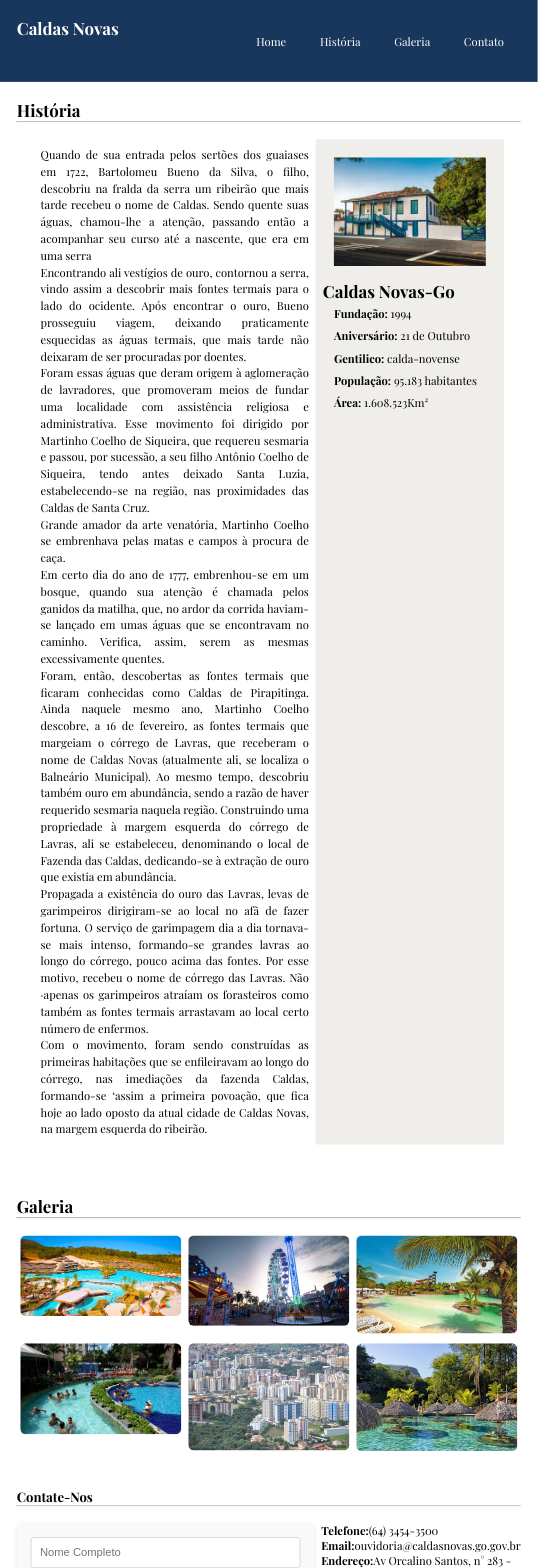
Repository: AbiezerSidonioJoseOdanacaJunior/DesafioLocalTuristico
Page: index.html
The author's editor kept a copy of each file at every save. The page is drawn from the files as they stood at one save, then again after the next save.
The browser window is 768 px wide. The pictures show the part of the page from y = 0 to 2240 px (the page is 2598 px tall before and 2718 px after), at 70% of full size.
Some web fonts or font styles are not loaded; a fallback is used.

Above is the page before, as saved 2024-11-11 18:03:47.

### index.html
<!DOCTYPE html>
<html lang="pt-br">
<head>
    <link rel="preconnect" href="https://fonts.googleapis.com">
    <link rel="preconnect" href="https://fonts.gstatic.com" crossorigin>
    <meta charset="UTF-8">
    <meta name="viewport" content="width=device-width, initial-scale=1.0">
    <title>Caldas Novas</title>
    <link rel="stylesheet" href="./css/style.css">
    <link href="https://fonts.googleapis.com/css2?family=Alice&family=Playfair+Display:ital,wght@0,400..900;1,400..900&display=swap" rel="stylesheet">
</head>
<body>
    <div id="page">
        <nav>
            <!-- <img src="./img/clds.png" alt="logo Caldas novas"> -->
             <h1>Caldas Novas</h1>
            <ul>
                <li><a href="#home">Home</a></li>
                <li><a href="#history">História</a></li>
                <li><a href="#gallery">Galeria</a></li>
                <li><a href="#contact">Contato</a></li>
            </ul>
        </nav>
        <main>
            <section id="history">
                <h1>História</h1>
                <hr>
               <div id="about">
                <div id="text-history">
                    <p>Quando de sua entrada pelos sertões dos guaiases em 1722, Bartolomeu Bueno da Silva, o filho, descobriu na fralda da serra um ribeirão que mais tarde recebeu o nome de Caldas. Sendo quente suas águas, chamou-lhe a atenção, passando então a acompanhar seu curso até a nascente, que era em uma serra</p>
                    <p>Encontrando ali vestígios de ouro, contornou a serra, vindo assim a descobrir mais fontes termais para o lado do ocidente. Após encontrar o ouro, Bueno prosseguiu viagem, deixando praticamente esquecidas as águas termais, que mais tarde não deixaram de ser procuradas por doentes.</p>
                    <p>Foram essas águas que deram origem à aglomeração de lavradores, que promoveram meios de fundar uma localidade com assistência religiosa e administrativa. Esse movimento foi dirigido por Martinho Coelho de Siqueira, que requereu sesmaria e passou, por sucessão, a seu filho Antônio Coelho de Siqueira, tendo antes deixado Santa Luzia, estabelecendo-se na região, nas proximidades das Caldas de Santa Cruz.</p>
                    <p>Grande amador da arte venatória, Martinho Coelho se embrenhava pelas matas e campos à procura de caça.</p>
                    <p>Em certo dia do ano de 1777, embrenhou-se em um bosque, quando sua atenção é chamada pelos ganidos da matilha, que, no ardor da corrida haviam-se lançado em umas águas que se encontravam no caminho. Verifica, assim, serem as mesmas excessivamente quentes.</p>
                    <p>Foram, então, descobertas as fontes termais que ficaram conhecidas como Caldas de Pirapitinga. Ainda naquele mesmo ano, Martinho Coelho descobre, a 16 de fevereiro, as fontes termais que margeiam o córrego de Lavras, que receberam o nome de Caldas Novas (atualmente ali, se localiza o Balneário Municipal). Ao mesmo tempo, descobriu também ouro em abundância, sendo a razão de haver requerido sesmaria naquela região. Construindo uma propriedade à margem esquerda do córrego de Lavras, ali se estabeleceu, denominando o local de Fazenda das Caldas, dedicando-se à extração de ouro que existia em abundância.</p>
                    <p>Propagada a existência do ouro das Lavras, levas de garimpeiros dirigiram-se ao local no afã de fazer fortuna. O serviço de garimpagem dia a dia tornava-se mais intenso, formando-se grandes lavras ao longo do córrego, pouco acima das fontes. Por esse motivo, recebeu o nome de córrego das Lavras. Não ·apenas os garimpeiros atraíam os forasteiros como também as fontes termais arrastavam ao local certo número de enfermos.</p>
                    <p>Com o movimento, foram sendo construídas as primeiras habitações que se enfileiravam ao longo do córrego, nas imediações da fazenda Caldas, formando-se ‘assim a primeira povoação, que fica hoje ao lado oposto da atual cidade de Caldas Novas, na margem esquerda do ribeirão.</p>
                </div>
                <div id="image-history">
                    <img src="./img/imghistory.jpg" alt="Imagem Caldas">
                    <h2>Caldas Novas-Go</h2>
                    <p><b>Fundação:</b> 1994 </p>
                    <p><b>Aniversário:</b> 21 de Outubro </p>
                    <p><b>Gentilico:</b> calda-novense </p>
                    <p><b>População:</b> 95.183 habitantes</p>
                    <p><b>Área:</b> 1.608.523Km²</p>
                </div>
               </div>
            </section>
            <section id="gallery">
                <h2>Galeria</h2>
                <hr>
            <div id="fotos">
                <div class="fotos-item">
                    <img src="./img/foto1.jpg" alt=" foto caldas">
                </div>
                <div class="fotos-item">
                    <img src="./img/foto2.jpg" alt=" foto caldas">
                </div>
                <div class="fotos-item">
                    <img src="./img/foto3.jpg" alt=" foto caldas">
                </div>
                <div class="fotos-item">
                    <img src="./img/foto4.jpg" alt=" foto caldas">
                </div>
                <div class="fotos-item">
                    <img src="./img/foto5.jpg" alt=" foto caldas">
                </div>
                <div class="fotos-item">
                    <img src="./img/foto6.jpg" alt=" foto caldas">
                </div>
            </div>
            </section>
            <section id="contact">
                <h3>Contate-Nos</h3>
                <hr>
                <div id="contatos">
                    <div id="formm">
                        <form action="">
                            <input type="text" placeholder="Nome Completo" >
                            <input type="text" placeholder="Telefone">
                            <input type="email" placeholder="Email">
                            <textarea name="textarea" id="" placeholder="Sua Mensagem"></textarea>
                            <button>Enviar</button>
                        </form>
                    </div>
                    <div id="information">
                        <p><b>Telefone:</b>(64) 3454-3500</p>
                        <p><b>Email:</b>ouvidoria@caldasnovas.go.gov.br</p>
                        <p><b>Endereço:</b>Av Orcalino Santos, n° 283 - CEP: 75690-000</p>
                    </div>
                </div>
            </section>
        </main>
    </div>

</body>
</html>

### css/style.css
* {
    padding: 0;
    margin: 0;
    box-sizing: border-box;
}
body{
    font-family: "Playfair Display", serif;
}

nav {
    display: flex;
    background-color: #19375c;
}

nav img {
    width: 116px;
    height: 92px;
}

nav h1{
    color:#fff;
    padding: 24px;
}

ul{
    display: flex;
    padding: 24px;
    margin-left: auto;
}

ul li {
    padding: 24px;
    list-style: none;
}

ul li a {
    text-decoration: none;
    color: #fff;
}

#history {
    width: 100%;
    height: 100%;
    padding: 24px;
    box-sizing: border-box;

}

#about {
    display: flex;
    width: 100%;
    max-width: 100vw;
    overflow-x: hidden;;
    padding: 24px;
}

#text-history {
    flex: 0 0 60%;
    padding: 10px;
    text-align: justify;
    line-height: 24px;
}

#image-history {
    flex: 0 0 40%; /* Ocupa 25% da largura */
    padding: 10px;
    background-color: #efeeeb;
}

#image-history img {
    max-width: 100%;
    height: auto;
    padding: 16px;
}
#image-history p{
    line-height: 32px;
    padding-left: 16px;
}

#gallery{
    width: 100%;
    height: 100%;
    padding: 24px;
    box-sizing: border-box;

}

#fotos {
    display: flex;
    flex-wrap: wrap;
    gap: 10px;
    max-width: 100%;
    justify-content: center;
    margin-top: 24px;
}

.fotos-item {
    flex: 0 0 calc(33.33% - 10px);
    box-sizing: border-box;
}

.fotos-item img{
    width: 100%;
    height: auto;
    border-radius: 8px;
}

#contact {
    width: 100%;
    height: 100%;
    padding: 24px;
    box-sizing: border-box;
}

#contatos {
    display: flex;
    gap: 10px;
    max-width: 100%;
    justify-content: center;
    margin-top: 24px;
}

/* Estilo para o formulário */
form {
    max-width: 600px; /* Define uma largura máxima para o formulário */
    margin: 0 auto; /* Centraliza o formulário na página */
    padding: 20px; /* Adiciona um pouco de espaço interno */
    background-color: #f9f9f9; /* Cor de fundo suave */
    border-radius: 8px; /* Bordas arredondadas */
    box-shadow: 0 2px 8px rgba(0, 0, 0, 0.1); /* Sombra suave ao redor */
    font-family: Arial, sans-serif; /* Define a fonte */
}

/* Estilo para cada campo de input */
form input, form textarea {
    width: 100%; /* Faz com que o campo ocupe toda a largura */
    padding: 12px; /* Espaçamento interno nos campos */
    margin-bottom: 15px; /* Espaçamento entre os campos */
    border: 1px solid #ccc; /* Borda fina */
    border-radius: 4px; /* Bordas arredondadas */
    font-size: 16px; /* Tamanho da fonte */
}

/* Estilo para o textarea */
form textarea {
    resize: vertical; /* Permite redimensionar o campo verticalmente */
    height: 120px; /* Altura do campo de mensagem */
}

/* Estilo para o botão */
form button {
    width: 100%; /* O botão ocupa toda a largura */
    padding: 12px; /* Espaçamento interno */
    background-color: #4CAF50; /* Cor de fundo verde */
    color: white; /* Cor do texto */
    border: none; /* Remove a borda padrão */
    border-radius: 4px; /* Bordas arredondadas */
    font-size: 16px; /* Tamanho da fonte */
    cursor: pointer; /* Altera o cursor para pointer */
    transition: background-color 0.3s ease; /* Transição suave para a cor de fundo */
}

/* Efeito hover no botão */
form button:hover {
    background-color: #45a049; /* Cor de fundo mais escura ao passar o mouse */
}

After the next save:
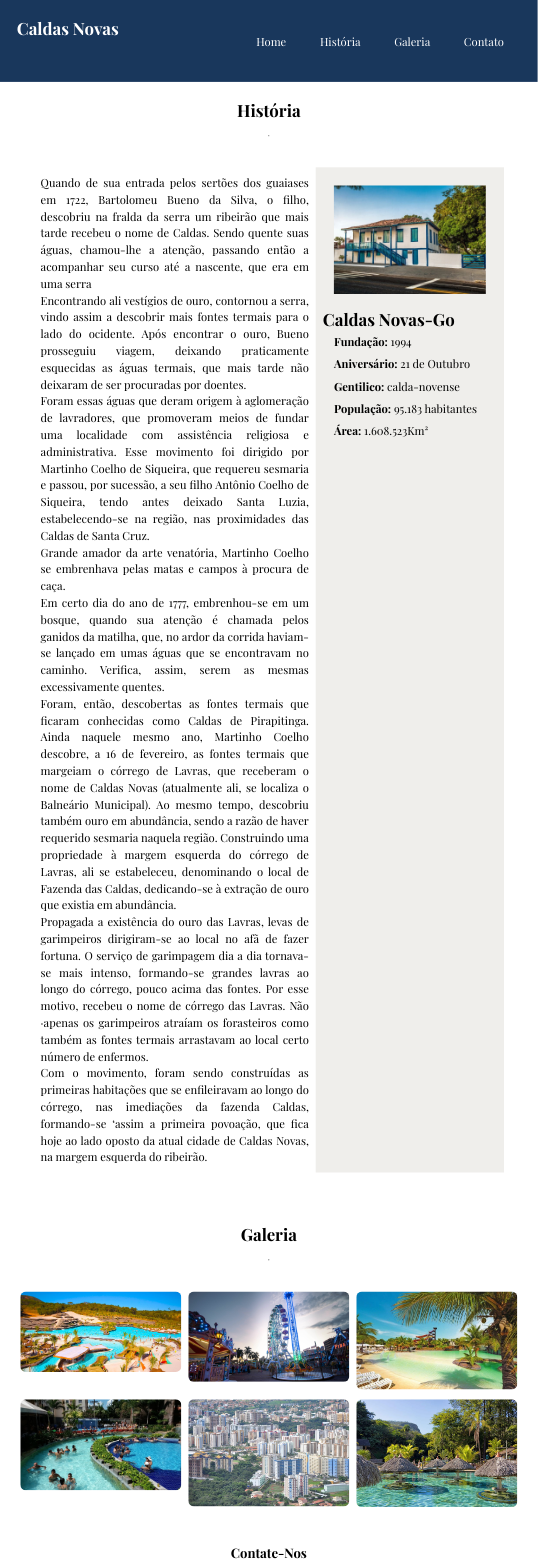
Saved 100 s later.
--- a/css/style.css
+++ b/css/style.css
@@ -164,3 +164,46 @@
 form button:hover {
     background-color: #45a049; /* Cor de fundo mais escura ao passar o mouse */
 }
+
+/* Estilo para o contêiner com as informações */
+#information {
+    background-color: #f9f9f9; /* Cor de fundo suave */
+    padding: 20px; /* Espaçamento interno */
+    border-radius: 8px; /* Bordas arredondadas */
+    box-shadow: 0 2px 8px rgba(0, 0, 0, 0.1); /* Sombra suave */
+    font-family: Arial, sans-serif; /* Fonte padrão */
+    max-width: 500px; /* Largura máxima */
+    margin-left: 20px; /* Espaçamento à esquerda para afastar do formulário */
+}
+
+/* Estilo para cada linha de informação */
+#information p {
+    font-size: 16px; /* Tamanho da fonte */
+    margin-bottom: 10px; /* Espaçamento entre as linhas */
+}
+
+#information b {
+    font-weight: bold; /* Deixa o texto do <b> em negrito */
+    color: #4CAF50; /* Cor verde para destacar o título de cada informação */
+}
+
+/* Estilo para o layout geral (formulário + informações) */
+section {
+    display: flex; /* Alinha o formulário e as informações lado a lado */
+    justify-content: space-between; /* Espaço entre os dois elementos */
+    gap: 20px; /* Espaço entre o formulário e a seção de informações */
+    flex-wrap: wrap; /* Permite que a seção quebre em telas menores */
+    padding: 20px;
+}
+
+/* Responsividade para telas menores */
+@media (max-width: 768px) {
+    section {
+        flex-direction: column; /* Organiza em coluna para telas pequenas */
+        align-items: center; /* Centraliza os itens */
+    }
+    #information {
+        margin-left: 0; /* Remove o afastamento à esquerda quando estiver em coluna */
+        max-width: 100%; /* Faz com que o bloco de informações ocupe toda a largura disponível */
+    }
+}
